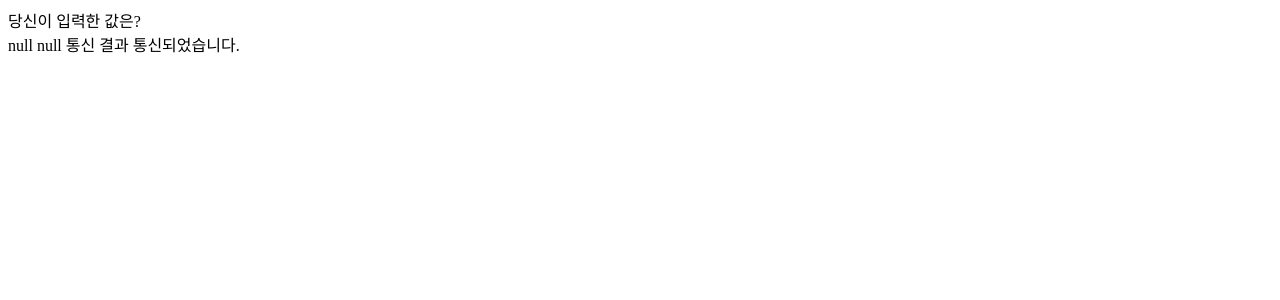
Repository: popll1/Pleiades
Page: http://localhost/jun29web/loginAction.jsp
The author's editor kept a copy of each file at every save. The page is drawn from the files as they stood at one save, then again after the next save.
The browser window is 1280 px wide. The pictures show the whole page.
The page is served by Tomcat 9.

Above is the page before, as saved 2023-06-29 09:54:43.

After the next save:
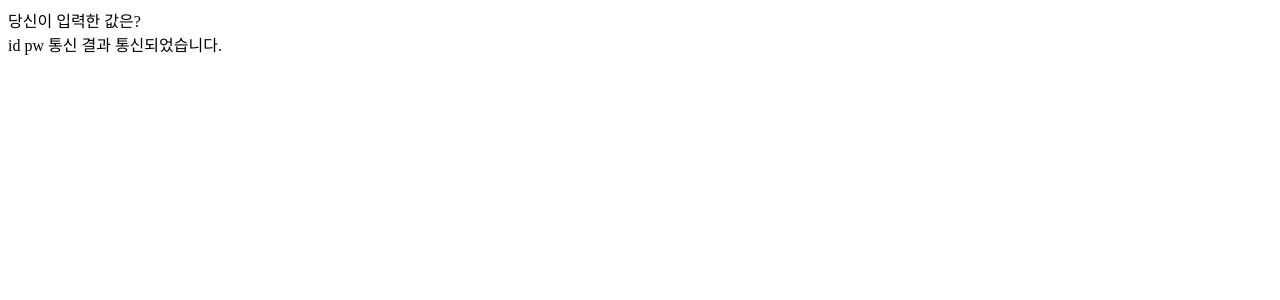
Saved 44 s later.
--- a/jun29web/src/main/webapp/loginAction.jsp
+++ b/jun29web/src/main/webapp/loginAction.jsp
@@ -22,8 +22,8 @@
 	%>
 	당신이 입력한 값은?
 	<br>
-	<%=id %>
-	<%=pw %>
+	<%="id" %>
+	<%="pw" %>
 	통신 결과
 	<%=result.getName()%>
 
